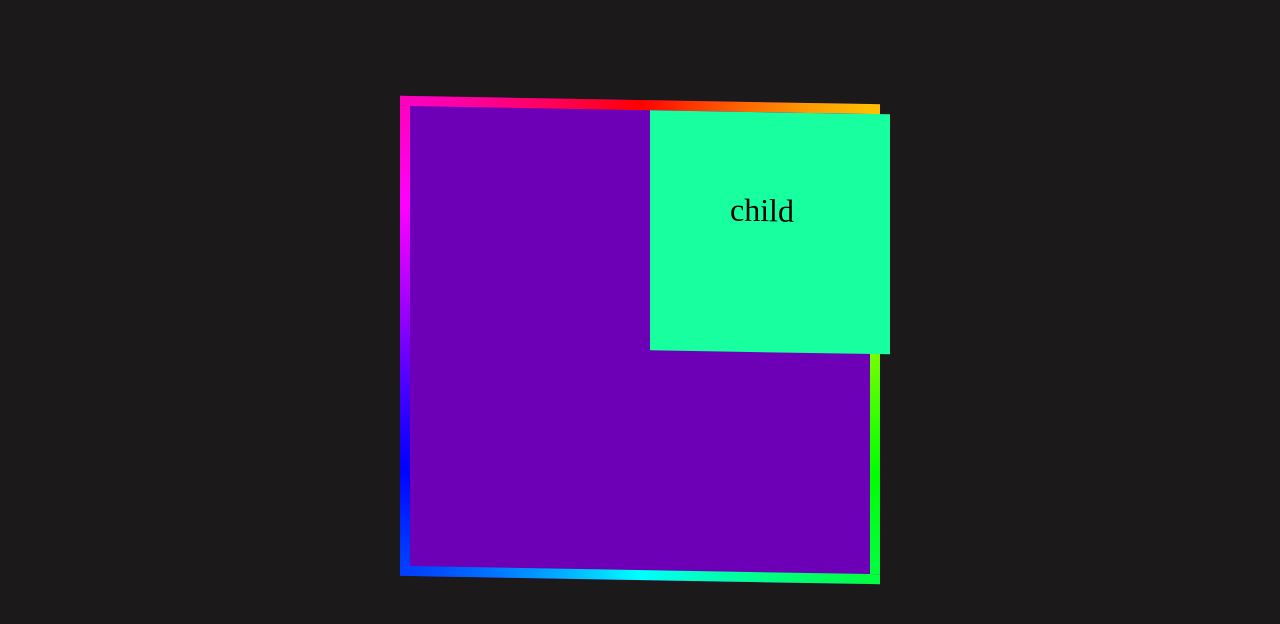
Repository: badhon252/revision
Page: Day-5/index.html
An editor plug-in stored every save of this project. The page is shown before and after the next save, followed by the edit.
The browser window is 1280 px wide. The pictures show the whole page.
The pointer rests on the first visible `.parent`.

Above is the page before, as saved 2022-02-11 23:17:42.

After the next save:
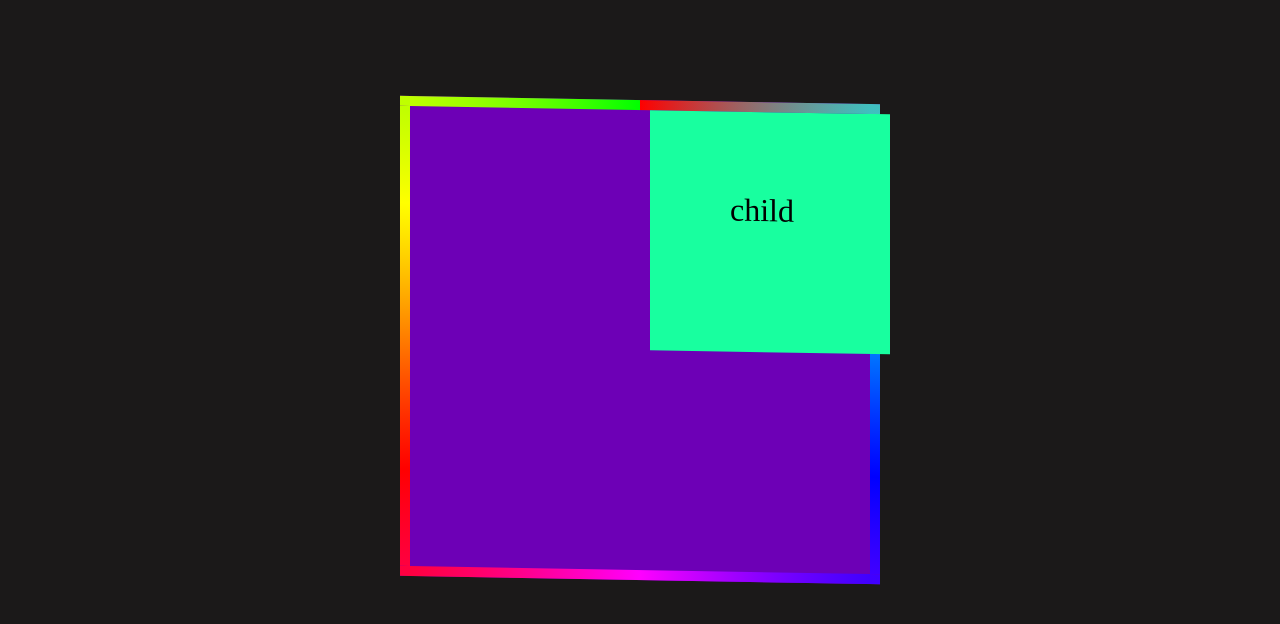
Saved 29 s later.
--- a/Day-5/index.css
+++ b/Day-5/index.css
@@ -40,5 +40,5 @@
 
 .parent:hover {
   transform: skewY(1deg);
-  border-image: conic-gradient(red, yellow, lime, aqua, blue, magenta, red) 1;
+  border-image: conic-gradient(red, aqua, blue, magenta, red, yellow, lime) 1;
 }
